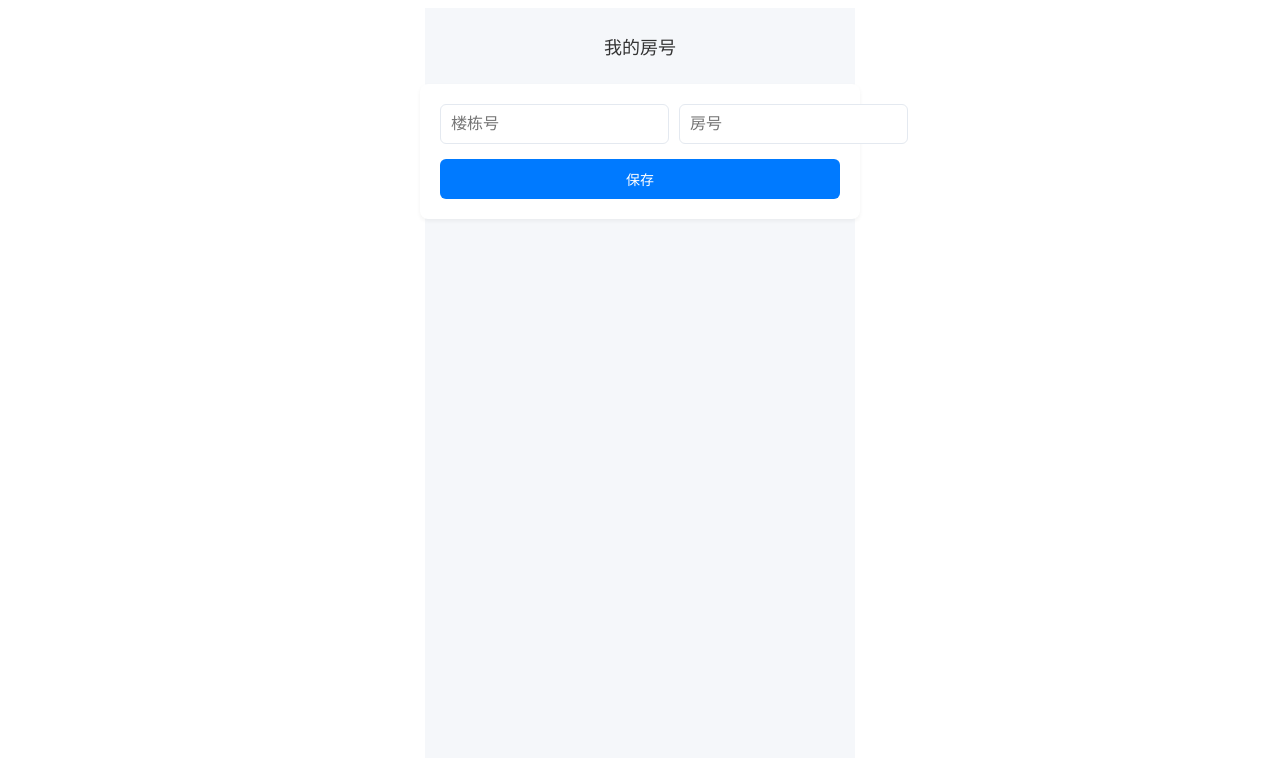
Repository: zhi-shou/moon
Page: /home
An editor plug-in stored every save of this project. The page is shown before and after the next save, followed by the edit.
The browser window is 1280 px wide. The pictures show the whole page.
The project was rebuilt for these pictures with package versions that can differ from the ones it lists, and the page was loaded fresh each time. Also part of the build but not shown: vite.config.js.

Above is the page before, as saved 2025-01-17 14:52:35.

After the next save:
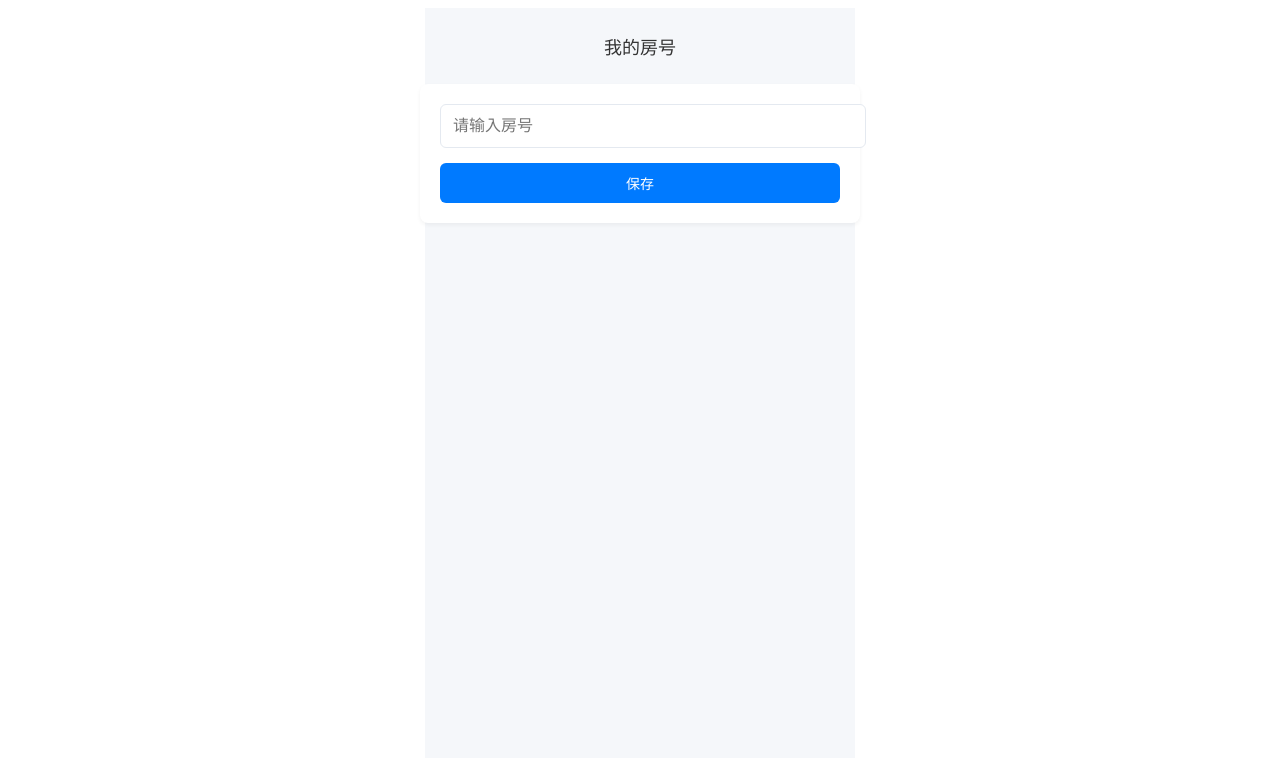
Saved 91 s later.
--- a/src/pages/home.jsx
+++ b/src/pages/home.jsx
@@ -6,8 +6,7 @@
 const Home = () => {
   const [roomNumber, setRoomNumber] = useState('');
   const [isEditing, setIsEditing] = useState(false);
-  const [building, setBuilding] = useState('');
-  const [room, setRoom] = useState('');
+  const [inputValue, setInputValue] = useState('');
   const [error, setError] = useState('');
 
   // 从本地存储加载房号
@@ -21,24 +20,19 @@
   }, []);
 
   const handleSave = () => {
-    if (!building || !room) {
-      setError('请输入完整的房号信息');
+    if (!inputValue.trim()) {
+      setError('请输入房号');
       return;
     }
 
-    const newRoomNumber = `${building}#${room}`;
-    setRoomNumber(newRoomNumber);
-    localStorage.setItem(ROOM_NUMBER_KEY, newRoomNumber);
+    setRoomNumber(inputValue.trim());
+    localStorage.setItem(ROOM_NUMBER_KEY, inputValue.trim());
     setIsEditing(false);
     setError('');
   };
 
   const handleEdit = () => {
-    if (roomNumber) {
-      const [buildingNum, roomNum] = roomNumber.split('#');
-      setBuilding(buildingNum);
-      setRoom(roomNum);
-    }
+    setInputValue(roomNumber);
     setIsEditing(true);
   };
 
@@ -97,22 +91,13 @@
         </>
       ) : (
         <div style={styles.inputContainer}>
-          <div style={styles.inputGroup}>
-            <input
-              style={styles.input}
-              type="number"
-              placeholder="楼栋号"
-              value={building}
-              onChange={(e) => setBuilding(e.target.value)}
-            />
-            <input
-              style={styles.input}
-              type="number"
-              placeholder="房号"
-              value={room}
-              onChange={(e) => setRoom(e.target.value)}
-            />
-          </div>
+          <input
+            style={styles.input}
+            type="text"
+            placeholder="请输入房号"
+            value={inputValue}
+            onChange={(e) => setInputValue(e.target.value)}
+          />
 
           {error && <div style={styles.error}>{error}</div>}
 
--- a/src/pages/home.styles.js
+++ b/src/pages/home.styles.js
@@ -43,19 +43,14 @@
     boxShadow: '0 2px 4px rgba(0,0,0,0.05)'
   },
 
-  inputGroup: {
-    display: 'flex',
-    gap: '10px',
-    marginBottom: '15px'
-  },
-
   input: {
-    flex: 1,
-    padding: '10px',
+    width: '100%',
+    padding: '12px',
     fontSize: '16px',
     border: '1px solid #e4e9f0',
     borderRadius: '6px',
     outline: 'none',
+    marginBottom: '15px',
     '&:focus': {
       borderColor: '#007AFF'
     }
@@ -89,7 +84,7 @@
   error: {
     color: '#dc3545',
     fontSize: '14px',
-    marginTop: '8px',
+    marginBottom: '15px',
     textAlign: 'center'
   }
 };
